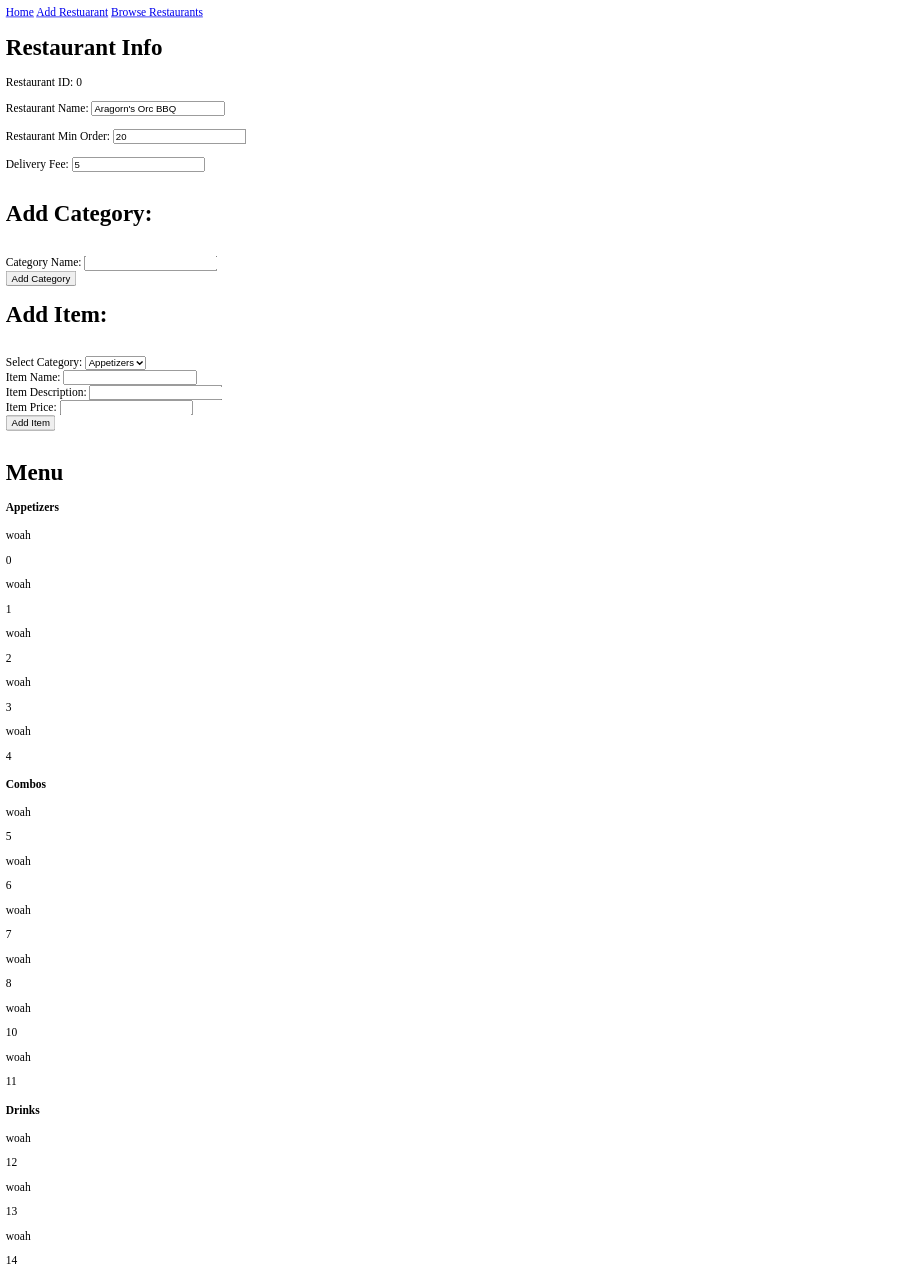
Repository: hudaali14/Carleton
Page: http://localhost/restaurants/0
The author's editor kept a copy of each file at every save. The page is drawn from the files as they stood at one save, then again after a run of saves.
The browser window is 1280 px wide. The pictures show the whole page, at 72% of full size.
The page is served by the project's Node server (server.js).

Above is the page before, as saved 2020-03-12 18:32:30.

After the next 4 saves:
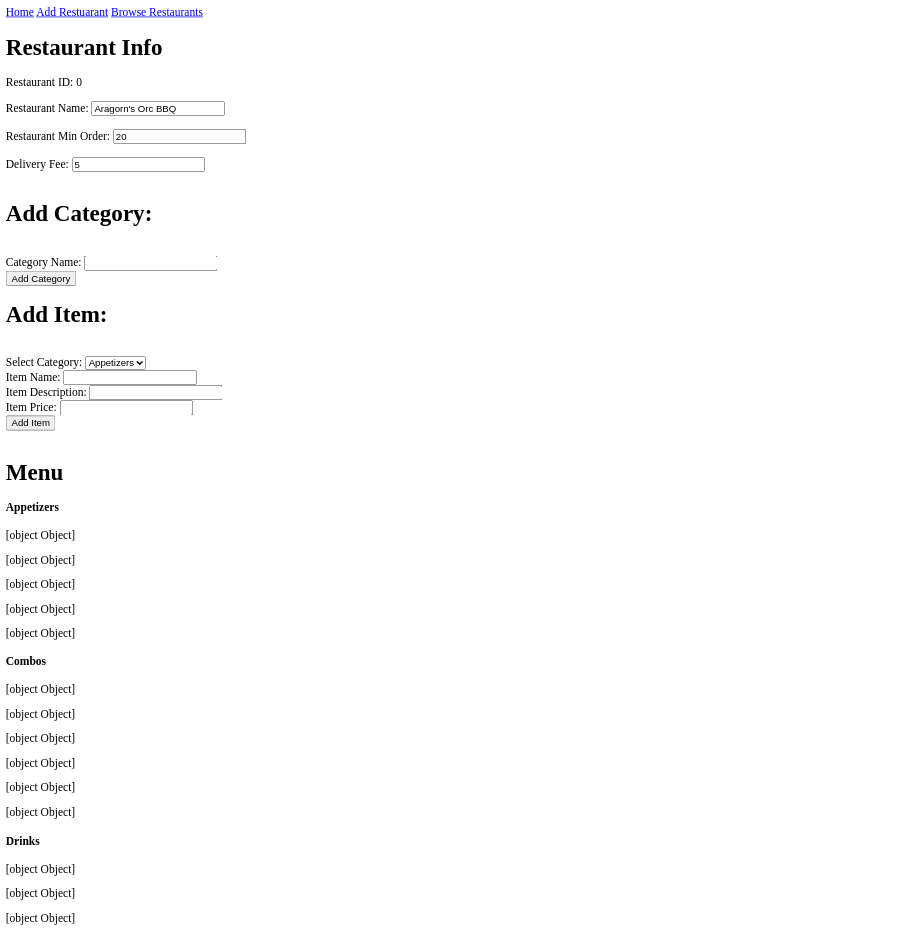
The 4 saves are shown as one change because 3 did not build or start.
The last was saved 118 s later.
--- a/2406/Assignments/Assignment3 (100)/views/pages/restaurantpage.pug
+++ b/2406/Assignments/Assignment3 (100)/views/pages/restaurantpage.pug
@@ -54,6 +54,6 @@ body
     each category in menu
         h4 #{category}
         - let items = Object.keys(restaurant.menu[category])
-        each item in items
-            p woah
+        each id in items
+            - let item = restaurant.menu[category][id];
             p #{item}
